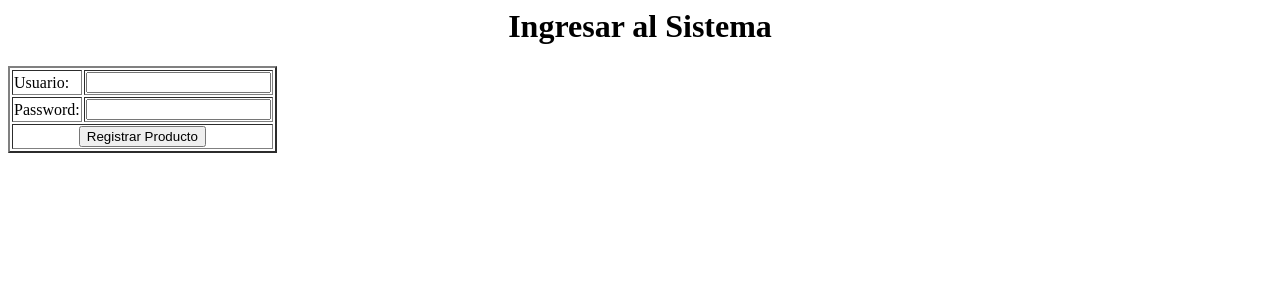
Repository: SaulSanchz/LPII_CL2_SanchezUrbanoSaul
Page: http://localhost/LP2_CL2_SanchezUrbanoSaul/
These files come from the project's save history. The page is drawn as it stood at one moment and after the next save; the edit follows.
The browser window is 1280 px wide. The pictures show the whole page.
The page is served by Tomcat 9. Other server files are loaded and not shown.

Above is the page before, as saved 2024-06-23 10:48:17.

### LP2_CL2_SanchezUrbanoSaul/src/main/webapp/index.jsp
<html>
<body>

	<h1 align="center">
		<strong>Ingresar al Sistema</strong>
	</h1>

	<form action="ControladorProducto" method="post">

		<table border="2">
			<tr>
				<td>Usuario: </td>
				<td><input type="text" name="usuario"></td>
			</tr>
			<tr>
				<td>Password: </td>
				<td><input type="text" name="password"></td>
			</tr>
			<tr>
				<td colspan="2" align="center">
					<input type="submit" value="Registrar Producto">
				</td>
			</tr>
		</table>

	</form>

</body>
</html>

After the next save:
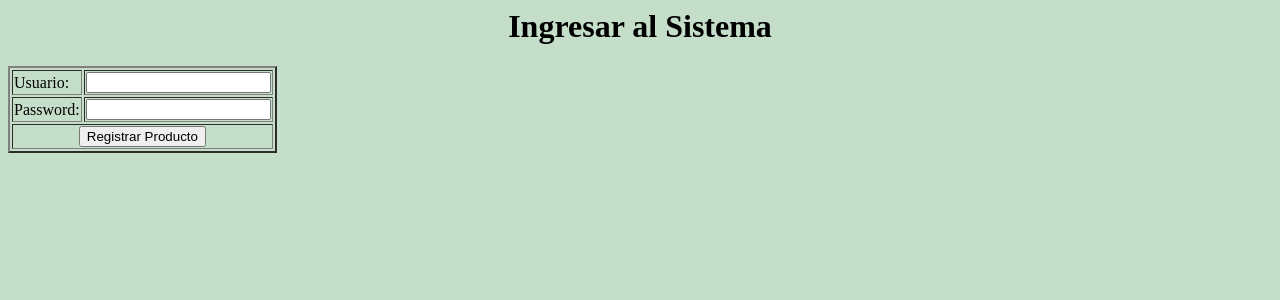
Saved 35 s later.
--- a/LP2_CL2_SanchezUrbanoSaul/src/main/webapp/index.jsp
+++ b/LP2_CL2_SanchezUrbanoSaul/src/main/webapp/index.jsp
@@ -1,5 +1,5 @@
 <html>
-<body>
+<body bgcolor=#c5dec9>
 
 	<h1 align="center">
 		<strong>Ingresar al Sistema</strong>
